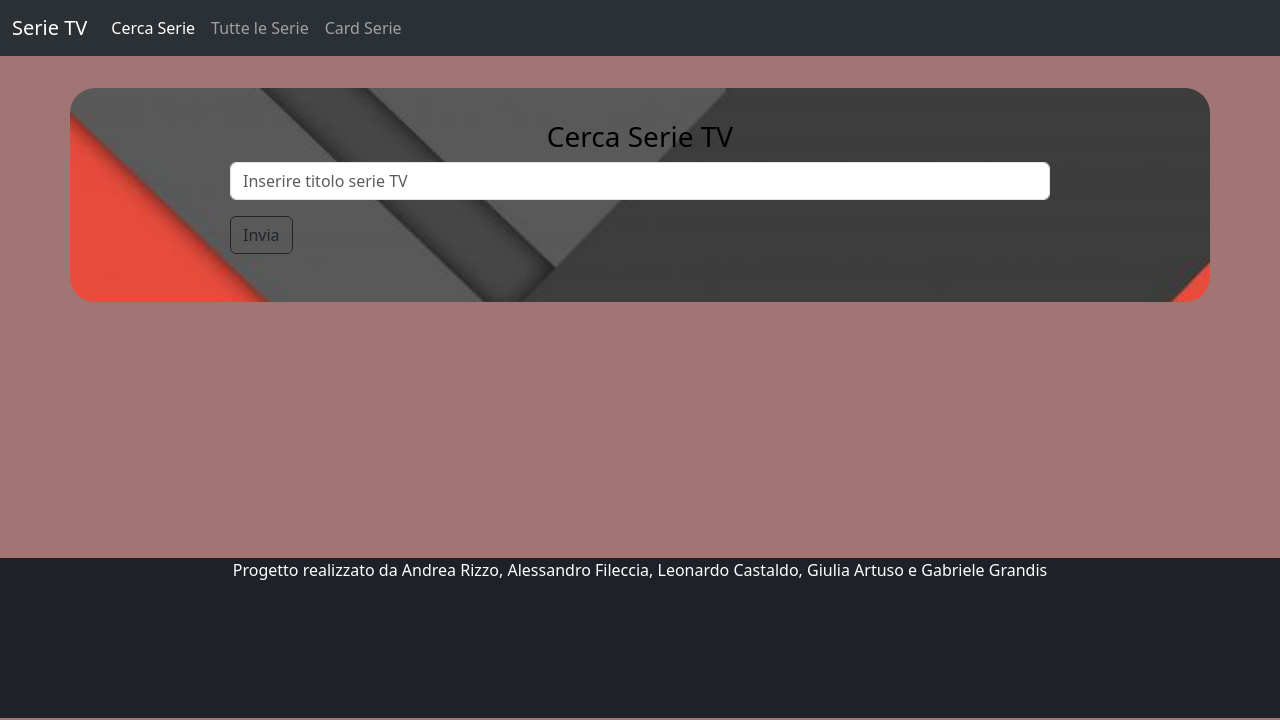
Repository: Adareen/spring
Page: ProgettoDiGruppo/src/main/resources/static/index.html
The author's editor kept a copy of each file at every save. The page is drawn from the files as they stood at one save, then again after the next save.
The browser window is 1280 px wide. The pictures show the whole page.

Above is the page before, as saved 2024-03-06 16:45:21.

After the next save:
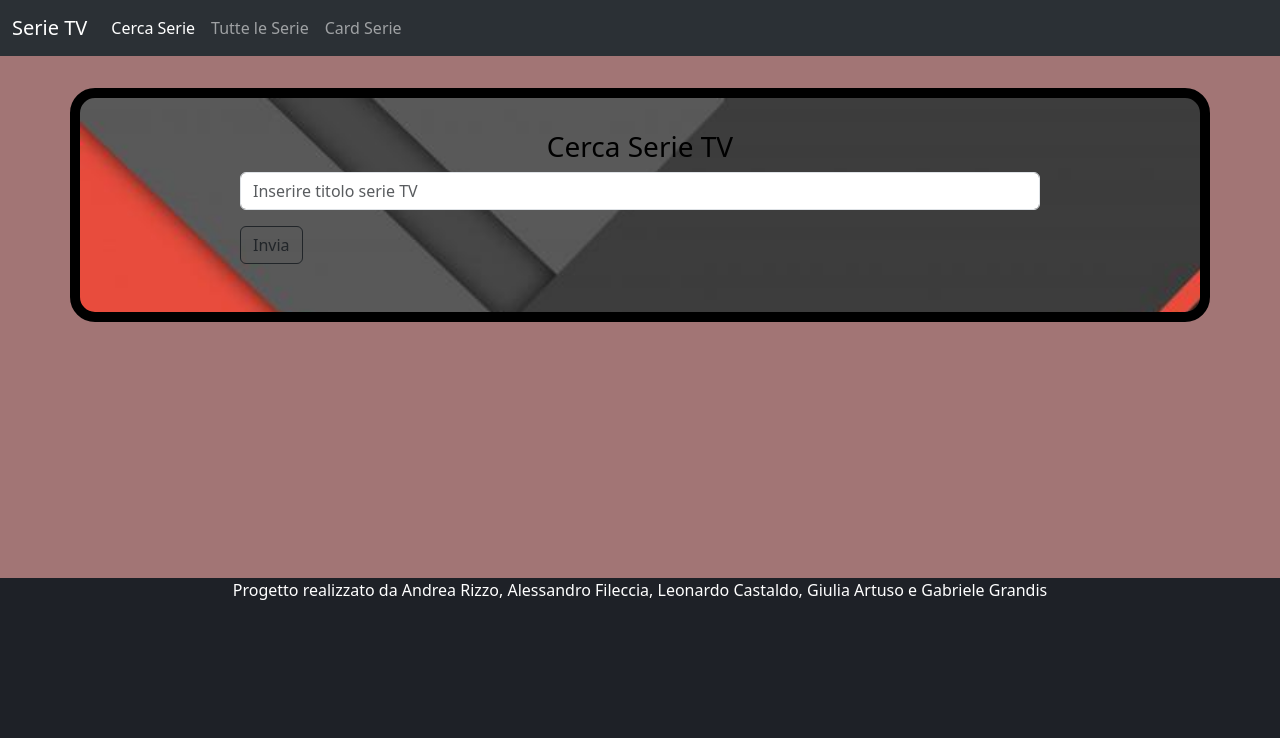
Saved 16 h 13 min later.
--- a/ProgettoDiGruppo/src/main/resources/static/index/style.css
+++ b/ProgettoDiGruppo/src/main/resources/static/index/style.css
@@ -16,6 +16,7 @@
   margin-bottom: 2rem;
   padding-bottom: 3rem;
 
+border: solid black 10px;
   background-image: url(./img/sfondo.jpeg);
   background-size: cover;
 }
